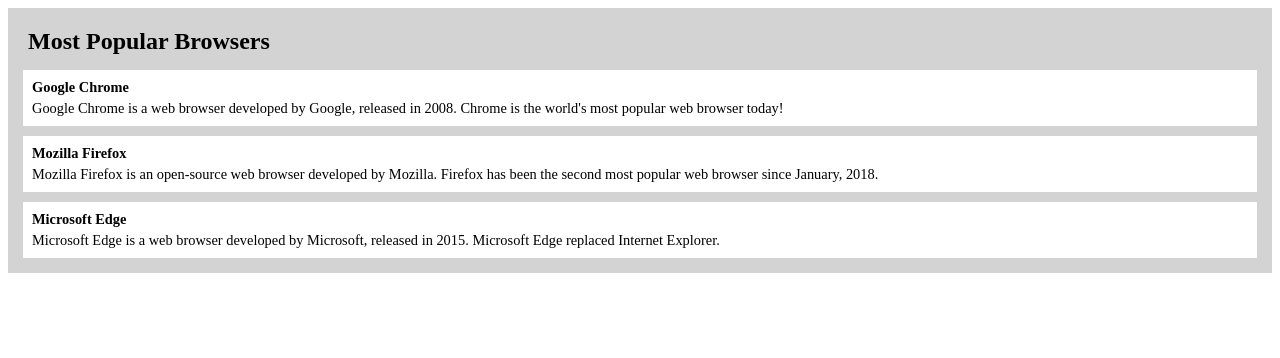
Repository: AndrewGrantt/LC101
Page: LC101/js-assignment-4-html-me-something-buffylow/index.html
The author's editor kept a copy of each file at every save. The page is drawn from the files as they stood at one save, then again after the next save.
The browser window is 1280 px wide. The pictures show the whole page.

Above is the page before, as saved 2022-07-15 02:19:58.

After the next save:
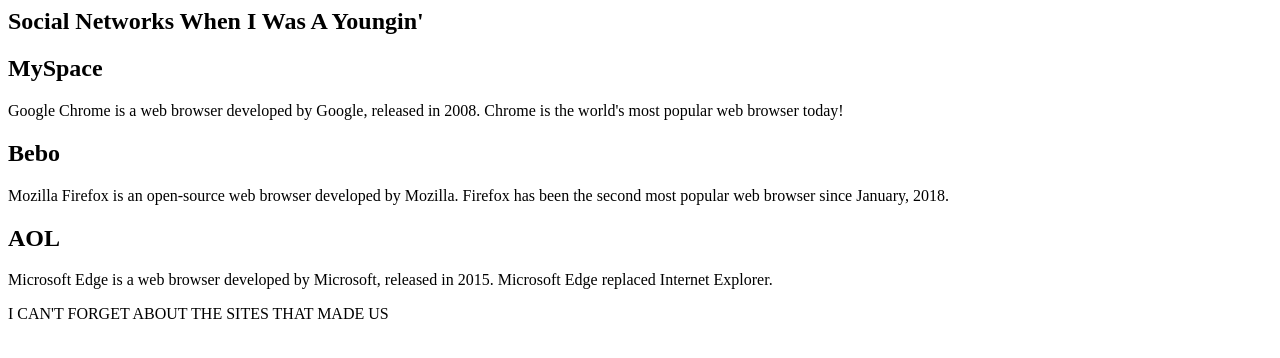
Saved 12 min 42 s later.
--- a/LC101/js-assignment-4-html-me-something-buffylow/index.html
+++ b/LC101/js-assignment-4-html-me-something-buffylow/index.html
@@ -1,44 +1,26 @@
 <html>
 <head>
-<style>
-.all-browsers {
-  margin: 0;
-  padding: 5px;
-  background-color: lightgray;
-}
 
-.all-browsers > h1, .browser {
-  margin: 10px;
-  padding: 5px;
-}
-
-.browser {
-  background: white;
-}
-
-.browser > h2, p {
-  margin: 4px;
-  font-size: 90%;
-}
-</style>
 </head>
 <body>
 
-<article class="all-browsers">
-  <h1>Most Popular Browsers</h1>
-  <article class="browser">
-    <h2>Google Chrome</h2>
+<article class="all-sites">
+  <h1>Social Networks When I Was A Youngin'</h1>
+  <article class="sites">
+    <h2>MySpace</h2>
     <p>Google Chrome is a web browser developed by Google, released in 2008. Chrome is the world's most popular web browser today!</p>
   </article>
-  <article class="browser">
-    <h2>Mozilla Firefox</h2>
+  <article class="sites">
+    <h2>Bebo</h2>
     <p>Mozilla Firefox is an open-source web browser developed by Mozilla. Firefox has been the second most popular web browser since January, 2018.</p>
   </article>
-  <article class="browser">
-    <h2>Microsoft Edge</h2>
+  <article class="sites">
+    <h2>AOL</h2>
     <p>Microsoft Edge is a web browser developed by Microsoft, released in 2015. Microsoft Edge replaced Internet Explorer.</p>
   </article>
 </article>
-
+<footer>
+   I CAN'T FORGET ABOUT THE SITES THAT MADE US
+</footer>
 </body>
 </html>
